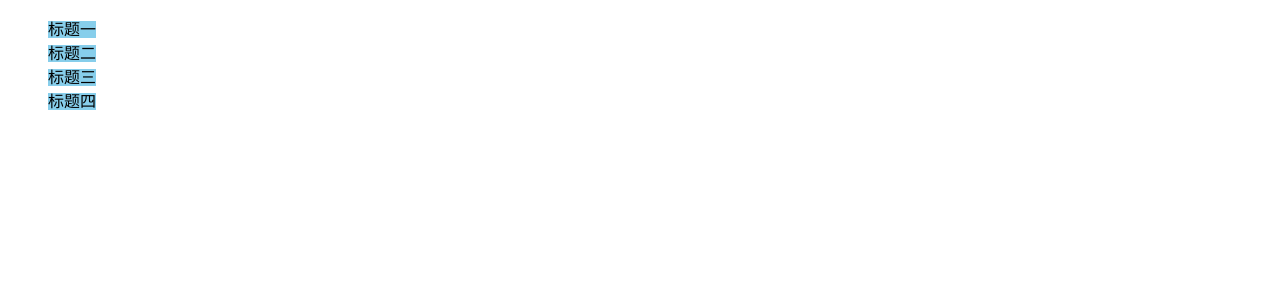
Repository: ldqml/project
Page: jQ/shoufengqin.html
An editor plug-in stored every save of this project. The page is shown before and after the next save, followed by the edit.
The browser window is 1280 px wide. The pictures show the whole page.

Above is the page before, as saved 2022-07-09 15:40:54.

### jQ/shoufengqin.html
<!DOCTYPE html>
<html lang="en">
<head>
    <meta charset="UTF-8">
    <meta http-equiv="X-UA-Compatible" content="IE=edge">
    <meta name="viewport" content="width=device-width, initial-scale=1.0">
    <title>Document</title>
    <style type="text/css">
        .xiao{
            list-style: none;
        }
        span{
            background:skyblue;
        }
    </style>
</head>
<body>
    <div class="da">
        <ul class="xiao">
            <li class="xiao-list">
                <span>标题一</span>
            </li>
            <li class="xiao-list">
                <span>标题二</span>
            </li>
            <li class="xiao-list">
                <span>标题三</span>
            </li>
            <li class="xiao-list">
                <span>标题四</span>
            </li>
        </ul>
    </div>
</body>
</html>

After the next save:
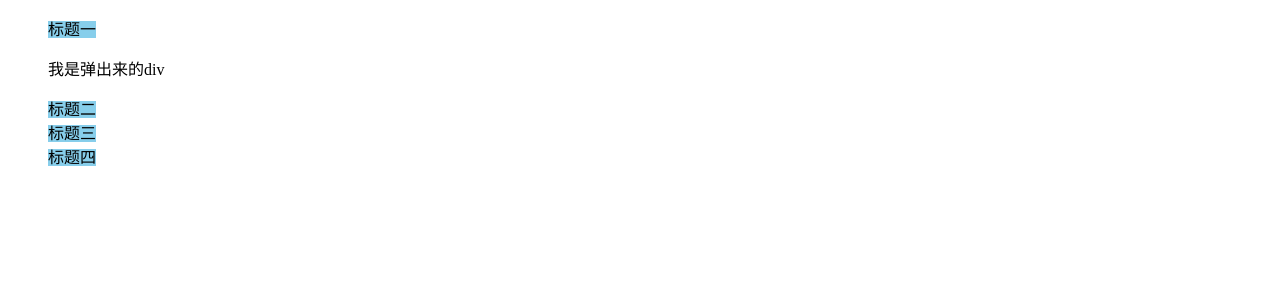
Saved 84 s later.
--- a/jQ/shoufengqin.html
+++ b/jQ/shoufengqin.html
@@ -19,6 +19,9 @@
         <ul class="xiao">
             <li class="xiao-list">
                 <span>标题一</span>
+                <div class="sss">
+                    <p>我是弹出来的div</p>
+                </div>
             </li>
             <li class="xiao-list">
                 <span>标题二</span>
